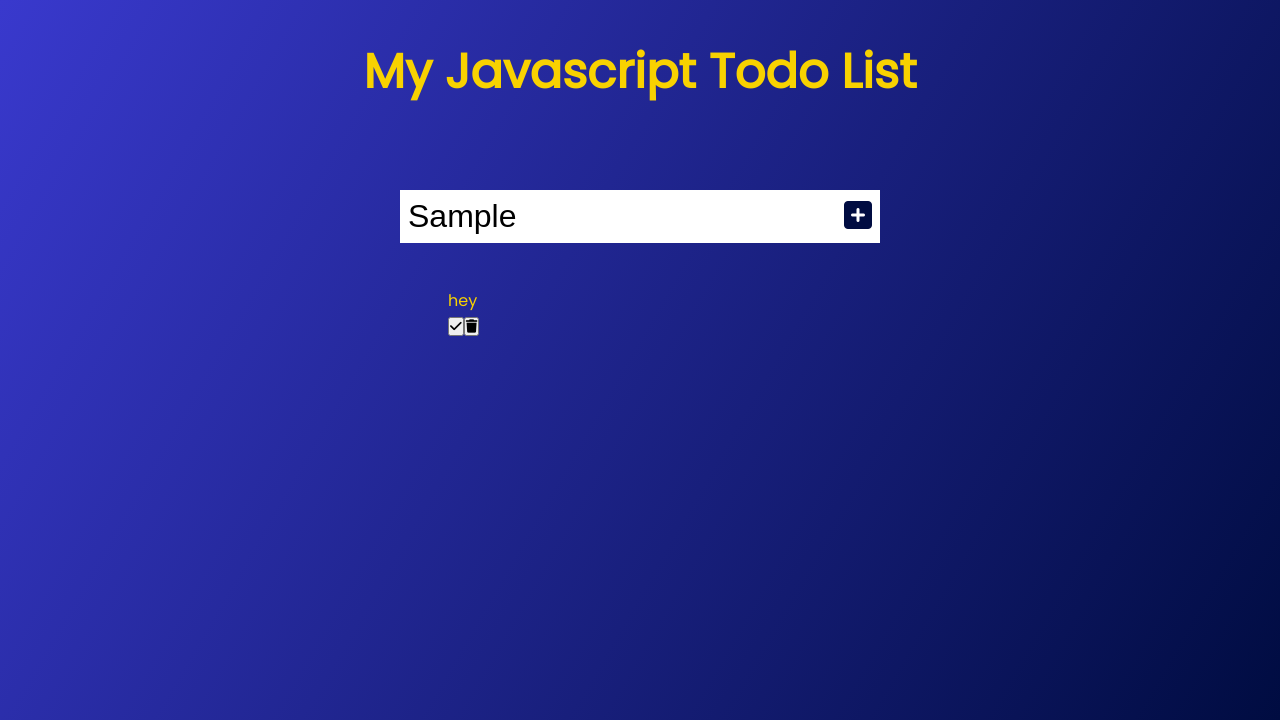
Repository: LuisMiLR/JavaScript-Todo-List
Page: index.html
The author's editor kept a copy of each file at every save. The page is drawn from the files as they stood at one save, then again after a run of saves.
The browser window is 1280 px wide. The pictures show the whole page.
Empty fields were first filled with sample values (such as "Sample", 5 or name@example.com).
After loading, the first visible `button.todo-button` was clicked once.

Above is the page before, as saved 2023-05-01 14:41:38.

### index.html
<!DOCTYPE html>
<html lang="en">
<head>
    <meta charset="UTF-8">
    <meta http-equiv="X-UA-Compatible" content="IE=edge">
    <meta name="viewport" content="width=device-width, initial-scale=1.0">
    <title>My Javascript Todo List</title>
    <link rel="stylesheet" href="style.css">
    <link href="https://fonts.googleapis.com/css2?family=Orbitron:wght@400;700&family=Poppins:wght@200;400&display=swap" rel="stylesheet">
    <link rel="stylesheet" href="https://cdnjs.cloudflare.com/ajax/libs/font-awesome/6.4.0/css/all.min.css" integrity="sha512-iecdLmaskl7CVkqkXNQ/ZH/XLlvWZOJyj7Yy7tcenmpD1ypASozpmT/E0iPtmFIB46ZmdtAc9eNBvH0H/ZpiBw==" crossorigin="anonymous" referrerpolicy="no-referrer" />
</head>
<body>

    <header>
        <h1>My Javascript Todo List </h1>
    </header>
    <form>
        <input type="text" class="todo-input">
        <button class="todo-button" type="submit">
        <i class="fa-solid fa-square-plus"></i>
        </button>
    </form>
    <div class="todo-container">
        <ul class="todo-list">
        </ul>
    </div>

    <script src="./app.js"> </script>
</body>
</html>

### style.css
*{
    margin: 0;
    padding: 0;
    box-sizing: border-box;
}

body {
    background-image: linear-gradient(120deg, #3939cd,#000c41);
    color: rgb(248, 210, 0);
    min-height: 100vh;
    font-family: "poppins",sans-serif;
}

header{
    font-size: 1.5rem;
}
header, form {
    min-height: 20vh;
    display: flex;
    justify-content: center;
    align-items: center;
}

form input, form button {
    padding: 0.5rem;
    font-size: 2rem;
    border: none;
    background: white;
}
form button{
    color: #000c41;
    background: white;
    cursor: pointer;
    transition: all 0.3s ease;
}

form button:hover {
    background: #3939cd;
    color: rgb(248, 210, 0);
}

.todo-container {
    display: flex;
    justify-content:center;
    align-items: center;
}

.todo-list {
    min-width: 30%;
    list-style: none;
}

.todo {
    margin: ;
}

### app.js
//SELECTEURS
const todoInput = document.querySelector(".todo-input");
const todoButton = document.querySelector(".todo-button");
const todoList = document.querySelector(".todo-list");

//ECOUTEURS
todoButton.addEventListener("click", addTodo);

//FUNCTIONS
function addTodo(event) {
    event.preventDefault();
    //TODO DIV
    const todoDiv = document.createElement("div");
    todoDiv.classList.add("todo");
    //CREER LE LI
    const newTodo = document.createElement("li");
    newTodo.innerText = "hey";
    newTodo.classList.add("todo-item");
    todoDiv.appendChild(newTodo);
    //BOUTON CHECK
    const completedButton = document.createElement("button");
    completedButton.innerHTML = '<i class="fas fa-check"></i>';
    completedButton.classList.add("completed-btn");
    todoDiv.appendChild(completedButton);
    //BOUTON SUPPRIMER
    const trashButton = document.createElement("button");
    trashButton.innerHTML = '<i class="fas fa-trash"></i>';
    trashButton.classList.add("trash-btn");
    todoDiv.appendChild(trashButton);
    //AJOUTER NOTRE TODO A TODO-LIST
    todoList.appendChild(todoDiv);
}

After the next 2 saves:
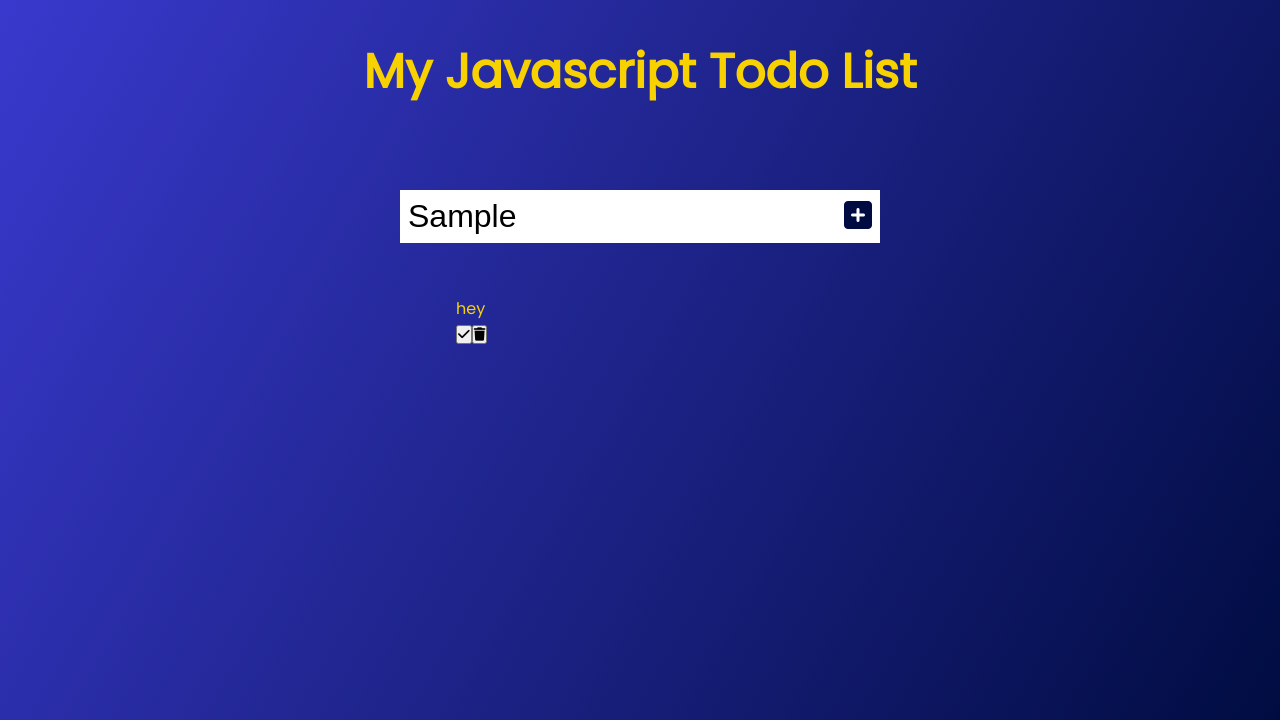
The 2 saves are shown as one change because they came seconds apart.
The last was saved 5 s later.
--- a/style.css
+++ b/style.css
@@ -51,5 +51,5 @@ form button:hover {
 }
 
 .todo {
-    margin: ;
+    margin: 0.5rem;
 }
